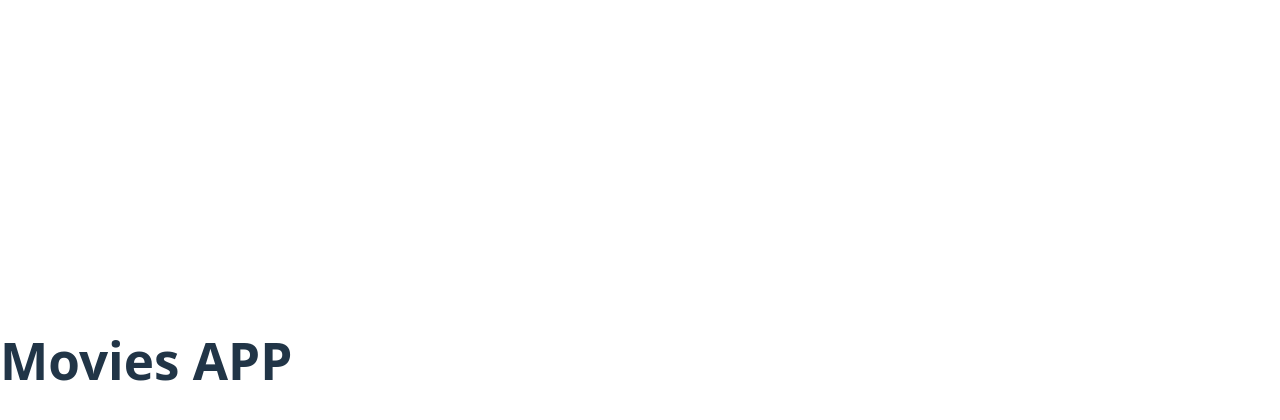
Repository: MahmoudSaad1307/DEPI-MoviesApp
Page: /movie-details/movie/244786
An editor plug-in stored every save of this project. The page is shown before and after a run of saves, followed by the edit.
The browser window is 1280 px wide. The pictures show the whole page.
The project was rebuilt for these pictures with package versions that can differ from the ones it lists, and the page was loaded fresh each time. Also part of the build but not shown: vite.config.js, vite.config.ts.

Above is the page before, as saved 2025-04-10 20:00:05.

After the next 3 saves:
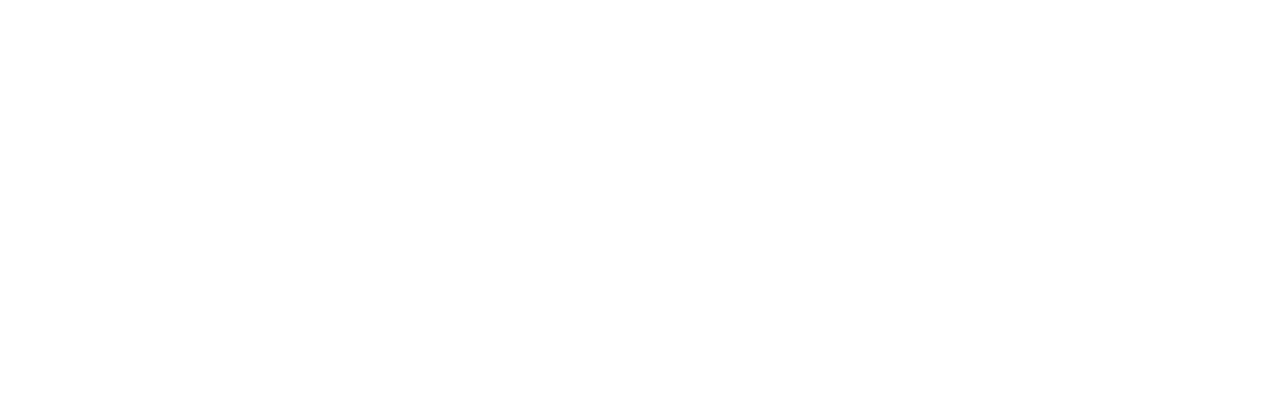
Console error: ReferenceError: textAlign is not defined
The 3 saves are shown as one change because 1 did not build or start and some came seconds apart.
The last was saved 19 s later.
--- a/src/App.tsx
+++ b/src/App.tsx
@@ -6,7 +6,7 @@
 
   return (
     <>
-      <h1>
+      <h1 style={{textAlign}}>
         Movies APP
 
 

After the 2 saves that followed:
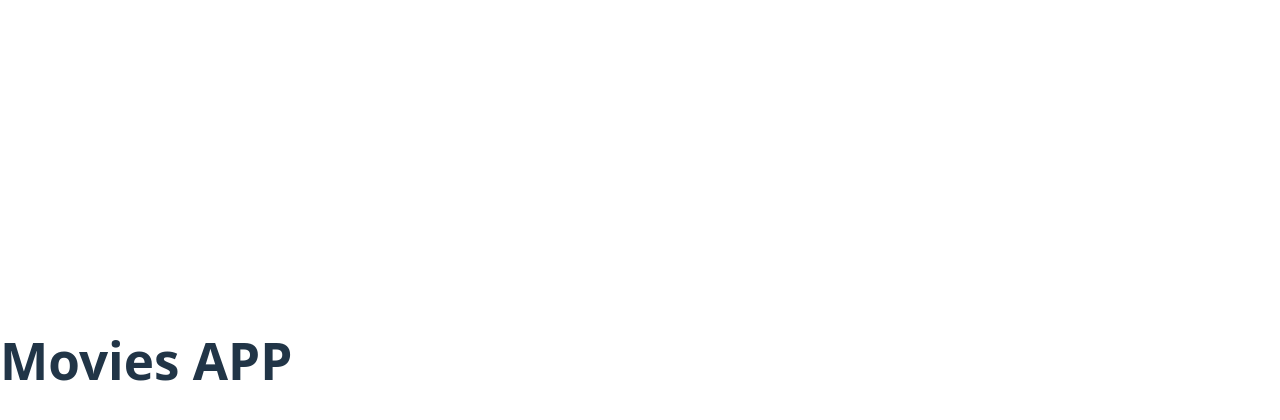
The error is gone.
The 2 saves are shown as one change because 1 did not build or start.
The last was saved 17 s later.
--- a/src/App.tsx
+++ b/src/App.tsx
@@ -6,7 +6,7 @@
 
   return (
     <>
-      <h1 style={{textAlign}}>
+      <h1 style={{textAlign:"center"}}>
         Movies APP
 
 
